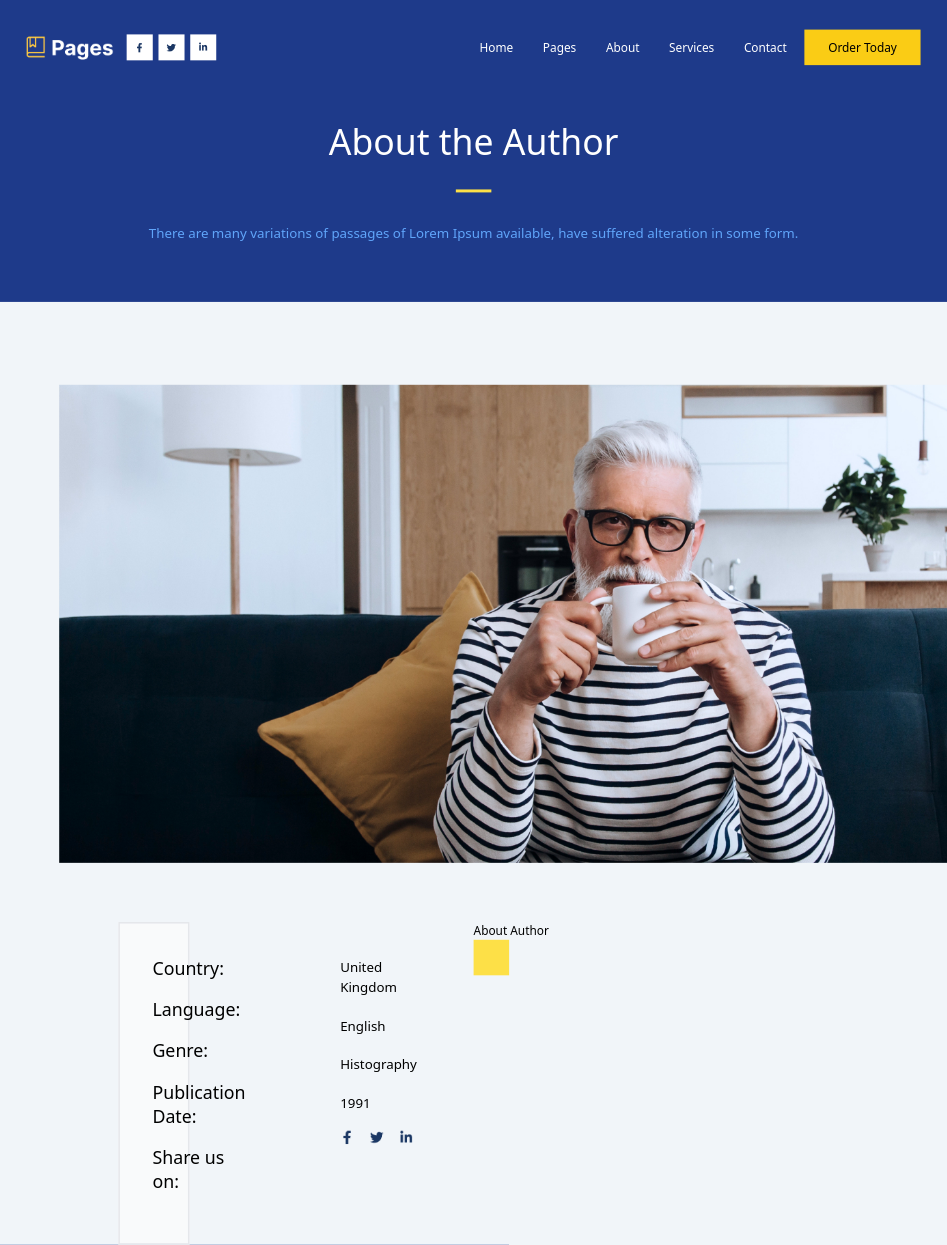
Repository: Godnorg/Class3
Page: index.html
The author's editor kept a copy of each file at every save. The page is drawn from the files as they stood at one save, then again after a run of saves.
The browser window is 1280 px wide. The pictures show the whole page, at 74% of full size.
Some web libraries are served in a nearby version.

Above is the page before, as saved 2023-02-20 01:56:38.

### index.html
<!DOCTYPE html>
<html lang="en">
<head>
    <meta charset="UTF-8">
    <meta http-equiv="X-UA-Compatible" content="IE=edge">
    <meta name="viewport" content="width=device-width, initial-scale=1.0">
    <title>Class3</title>
    <script src="https://cdn.tailwindcss.com"></script>
</head>
<body class="w-full bg-blue-900">
<div class="flex items-center justify-between w-full pt-10 mx-auto px-9 max-w-7xl">
    <div class="flex gap-4 ">
    <img src="./Logo.png">
    <img src="./soc-icons.png" class="h-9">
    </div>
    <div class="flex gap-6">
        <ul class="flex items-center gap-10 text-white">
            <li><a href="#">Home</a></li>
            <li><a href="#">Pages</a></li>
            <li><a href="#">About</a></li>
            <li><a href="#">Services</a></li>
            <li><a href="#">Contact</a></li>
        </ul>
        <button class="px-8 py-3 mx-auto bg-yellow-400 font-sans-serif">Order Today</button>
    </div>
    </div>
    <div class="items-center mx-auto">
    <h1 class="items-center pt-20 pb-10 text-5xl text-center text-white">About the Author</h1>
        <div
            class="items-center w-12 h-1 mx-auto text-center bg-yellow-300">
        </div>
        <p class="items-center pt-10 pb-20 mx-auto text-lg text-center text-blue-400">There are many variations of passages of Lorem Ipsum available, have suffered alteration in some form.</p>
    </div>
    <div class= "bg-slate-100">
        <div class="relative w-full pb-20 pl-20 mx-auto pt-28 max-w-7xl">
        <img src="./oldman2.jpg">
        </div>
    <div class="grid grid-cols-2">
        <div class="max-w-lg ml-40 mr-96 bg-gray-50">
            <div class="flex mt-0 border-2 pt-11 px-11 pb-11">
                <div class="pr-32">
                <h2 class="pb-6 text-2xl">Country:</h2>
                <h2 class="pb-6 text-2xl">Language:</h2>
                <h2 class="pb-6 text-2xl">Genre:</h2>
                <h2 class="pb-6 text-2xl">Publication Date:</h2>
                <h2 class="pb-6 text-2xl">Share us on:</h2>
                </div>
                <div class="p-0">
                <p class="pb-6 pr-0 text-lg">United Kingdom</p>
                <p class="pb-6 pr-0 text-lg">English</p>
                <p class="pb-6 pr-0 text-lg">Histography</p>
                <p class="pb-6 pr-0 text-lg">1991</p>
                <img src="./socialmedia.png" class="pb-6 pr-0">
                </div>
            </div>
        </div>
        <div class="">
          <h1>About Author</h1>
          <div
            class="w-12 h-1 py-6 bg-yellow-300 ">
        </div>
        </div>
    </div>
</div>

</body>
</html>

After the next 2 saves:
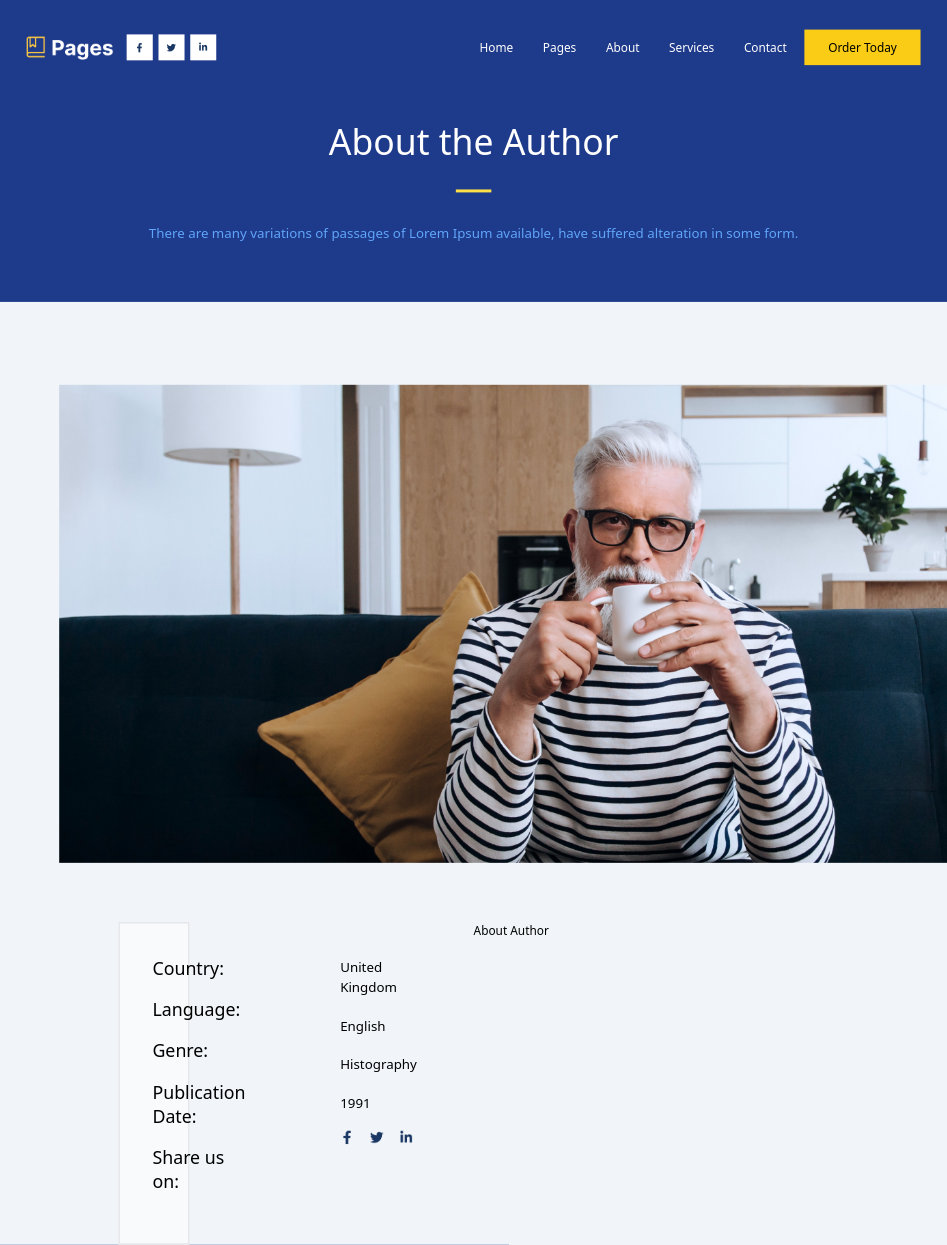
The 2 saves are shown as one change because they came seconds apart.
The last was saved 10 s later.
--- a/index.html
+++ b/index.html
@@ -57,7 +57,7 @@
         <div class="">
           <h1>About Author</h1>
           <div
-            class="w-12 h-1 py-6 bg-yellow-300 ">
+            class="w-12 h-1 bg-6yellow-300 my- ">
         </div>
         </div>
     </div>
